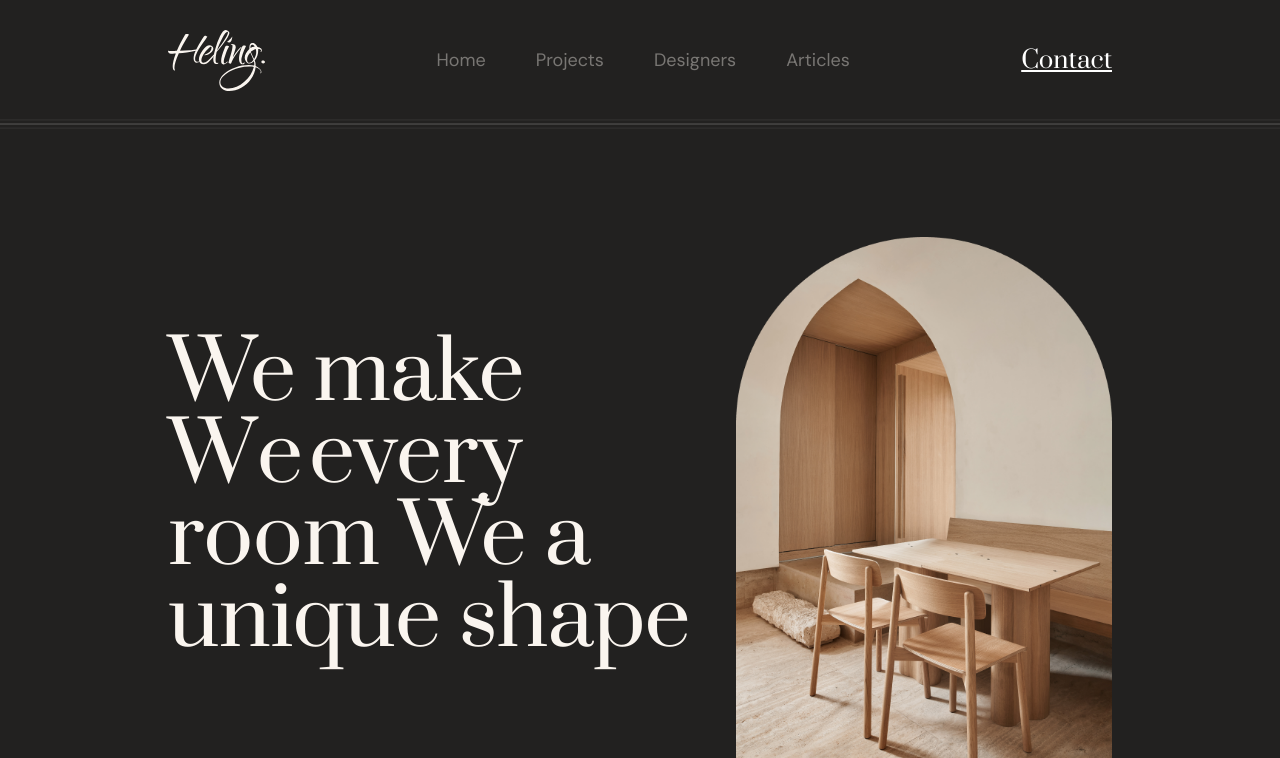
Repository: vandangnhathung/healingui_website
Page: /
These files come from the project's save history. The page is drawn as it stood at one moment and after the next save; the edit follows.
The browser window is 1280 px wide. The pictures show the whole page.
The project was rebuilt for these pictures with package versions that can differ from the ones it lists, and the page was loaded fresh each time. Also part of the build but not shown: src/App.css.

Above is the page before, as saved 2022-03-16 13:11:53.

After the next save:
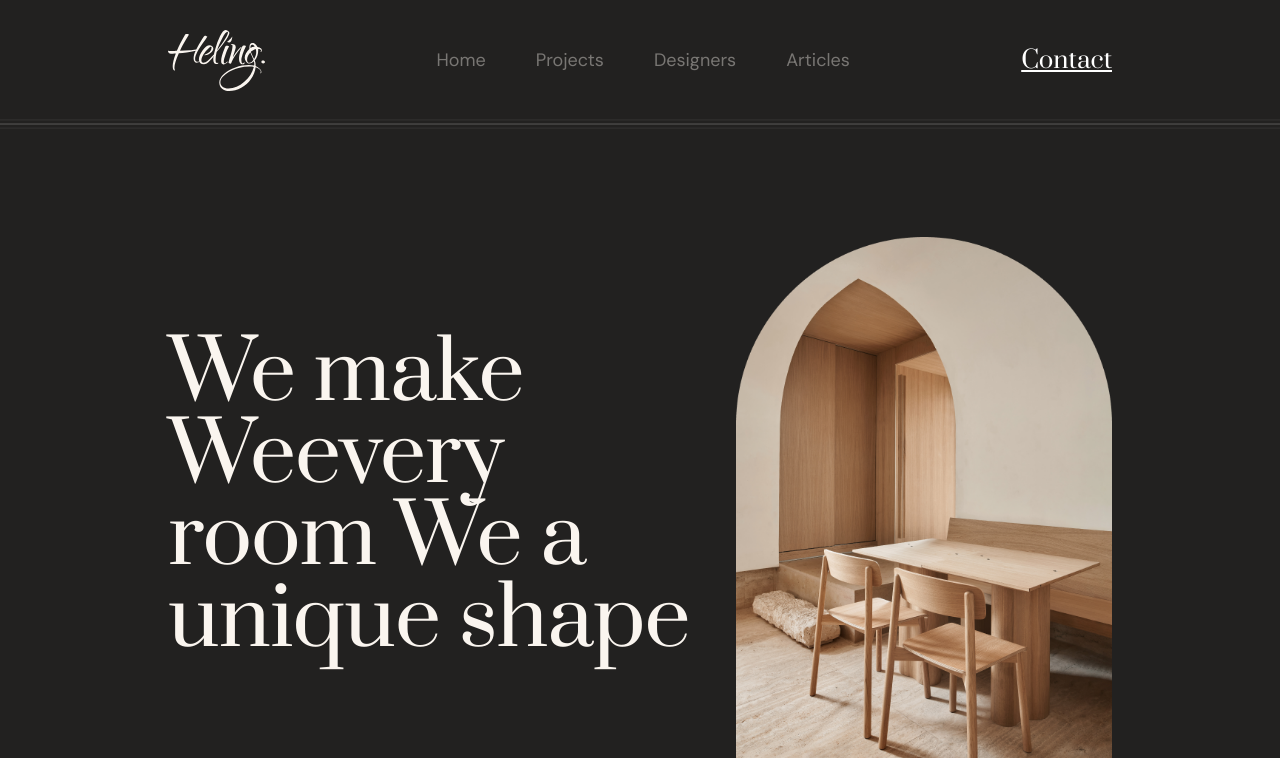
Saved 49 s later.
--- a/src/components/Container/Container.js
+++ b/src/components/Container/Container.js
@@ -32,12 +32,7 @@ const Container = () => {
       <Container>
         <div>
           <Slogan>
-            We make{" "}
-            <span className="tracking-[0.375rem]	">
-              <span>We</span>
-              <span className="tracking-normal	">every room</span>
-            </span>{" "}
-            <span>We </span> a unique shape
+            We make <span>We</span>every room <span>We </span> a unique shape
           </Slogan>
         </div>
         <div>
